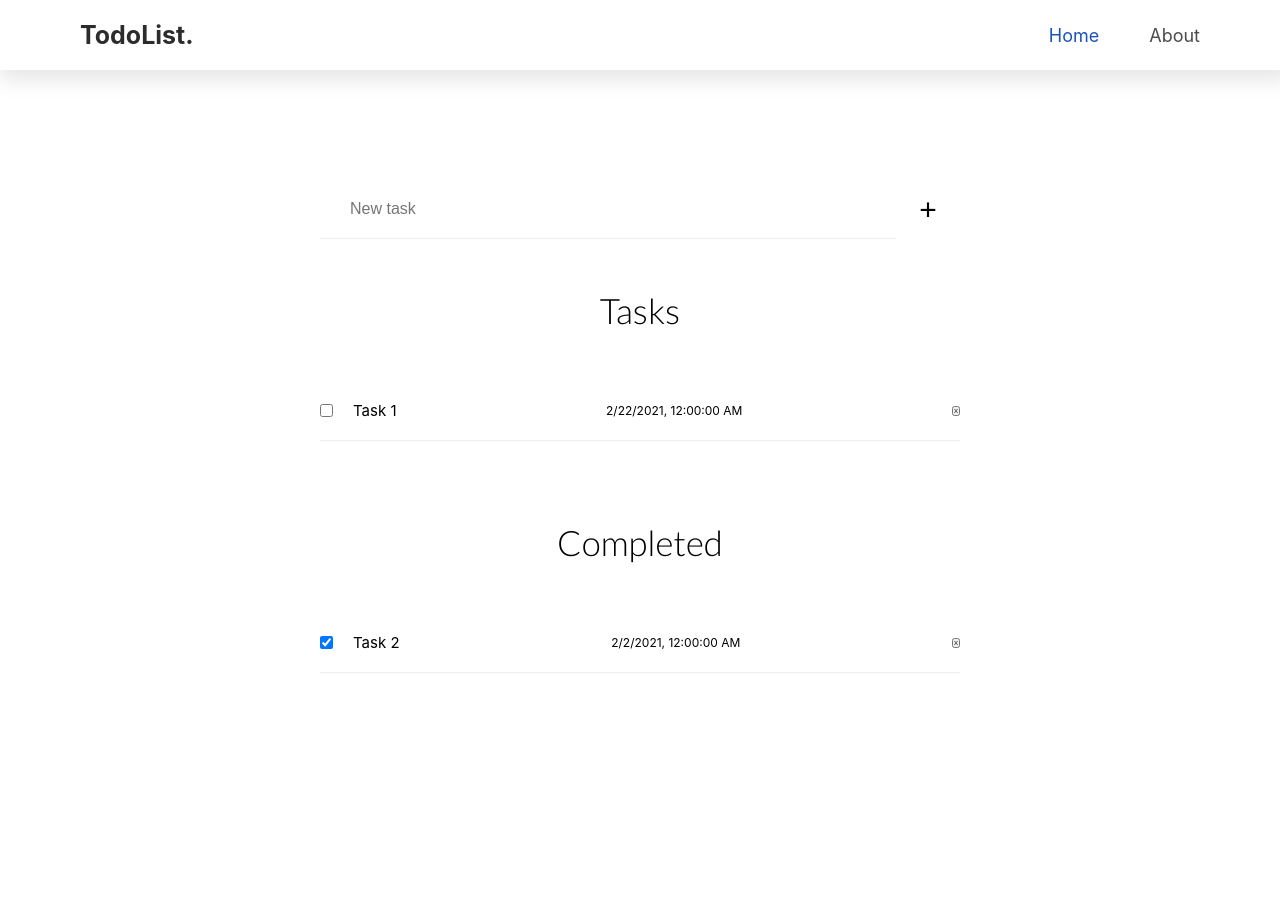
Repository: dqhuy153/react-todoList
Page: /
These files come from the project's save history. The page is drawn as it stood at one moment and after the next save; the edit follows.
The browser window is 1280 px wide. The pictures show the whole page.
The project was rebuilt for these pictures with package versions that can differ from the ones it lists, and the page was loaded fresh each time. Also part of the build but not shown: src/components/UI/LoadingSpinner.module.scss.

Above is the page before, as saved 2021-09-16 22:12:08.

### src/App.js
import React, { Suspense } from 'react';
import { Switch, Route } from 'react-router-dom';

import './App.css';
import Layout from './components/layout/Layout';
import LoadingSpinner from './components/UI/LoadingSpinner';

const Home = React.lazy(() => import('./components/pages/Home'));
const About = React.lazy(() => import('./components/pages/About'));

function App() {
  return (
    <Layout>
      <Suspense
        fallback={
          <div className="centered">
            <LoadingSpinner />
          </div>
        }
      >
        <Switch>
          <Route path="/" exact>
            <Home />
          </Route>
          <Route path="/about">
            <About />
          </Route>
          {/* <Route path="/products" exact>
          <Products />
        </Route>
        <Route path="/products/:productId">
          <ProductDetail />
        </Route> */}
        </Switch>
      </Suspense>
    </Layout>
  );
}

export default App;

### src/App.css
@import url('https://fonts.googleapis.com/css2?family=Lato:ital,wght@0,100;0,300;0,400;0,700;0,900;1,100;1,300;1,400;1,700;1,900&display=swap');

* {
  box-sizing: border-box;
  font-size: 62.5%;
  padding: 0;
  margin: 0;
}

.centered {
  margin: 3rem auto;
  text-align: center;
  display: flex;
  justify-content: center;
  align-items: center;
}

### src/components/layout/Layout.js
import React, { Fragment } from 'react';
import AppNavigation from './AppNavigation';

import styles from './Layout.module.scss';

export default function Layout(props) {
  return (
    <Fragment>
      <AppNavigation logoTitle="TodoList." />
      <main className={styles.main}>{props.children}</main>
    </Fragment>
  );
}

### src/components/UI/LoadingSpinner.js
import styles from './LoadingSpinner.module.scss';

const LoadingSpinner = () => {
  return <div className={styles.spinner}></div>;
};

export default LoadingSpinner;

### src/components/pages/Home.js
import { useState } from 'react';
import TodoList from '../todos/TodoList';

import styles from './Home.module.scss';

const initTodoList = [
  {
    id: 1,
    title: 'Task 1',
    date: new Date('2/22/2021'),
    completed: false,
  },
  {
    id: 2,
    title: 'Task 2',
    date: new Date('2/2/2021'),
    completed: true,
  },
];

export default function Home(props) {
  const [todoList, setTodoList] = useState(initTodoList);
  const [newTask, setNewTask] = useState();

  const handleStatusChange = (id) => {
    let updatedTodoList = todoList.map((todo) => {
      if (todo.id === id) {
        todo.completed = !todo.completed;
      }
      return todo;
    });

    setTodoList(updatedTodoList);
  };

  const handleNewTaskChange = (e) => {
    setNewTask(e.target.value);
  };

  const handleAddNew = () => {
    setTodoList((prev) => [
      ...prev,
      {
        id: Math.random(),
        title: newTask,
        date: new Date(),
        completed: false,
      },
    ]);

    setNewTask('');
  };

  return (
    <div className={styles.container}>
      <div className={styles.add}>
        <input
          placeholder="New task"
          value={newTask}
          onChange={handleNewTaskChange}
        />
        <button onClick={handleAddNew}>+</button>
      </div>
      <h1>Tasks</h1>
      <TodoList
        items={todoList.filter((i) => i.completed === false)}
        onStatusChange={handleStatusChange}
      />
      <h1 className={styles['completed-title']}>Completed</h1>
      <TodoList
        items={todoList.filter((i) => i.completed === true)}
        onStatusChange={handleStatusChange}
      />
    </div>
  );
}

### src/components/layout/AppNavigation.js
import React from 'react';
import { NavLink } from 'react-router-dom';

import styles from './AppNavigation.module.scss';

export default function AppNavigation({ logoTitle = 'Demo.', ...props }) {
  return (
    <header className={styles.header}>
      <div className={styles.logo}>{logoTitle}</div>
      <nav>
        <ul>
          <li>
            <NavLink to="/" exact activeClassName={styles.active}>
              Home
            </NavLink>
          </li>
          <li>
            <NavLink to="/about" activeClassName={styles.active}>
              About
            </NavLink>
          </li>
        </ul>
      </nav>
    </header>
  );
}

### src/components/todos/TodoList.js
import React from 'react';
import TodoItem from './TodoItem';

import styles from './TodoList.module.scss';

export default function TodoList({ items, onStatusChange, ...props }) {
  return (
    <ul className={styles.container}>
      {items.map((item) => (
        <li key={item.id}>
          <TodoItem
            id={item.id}
            title={item.title}
            date={item.date}
            completed={item.completed}
            onStatusChange={onStatusChange}
          />
        </li>
      ))}
    </ul>
  );
}

### src/components/pages/Home.module.scss
.container {
  padding: 18rem 0;

  h1 {
    text-align: center;
    font-family: 'Lato', sans-serif;
    font-weight: 300;
    font-size: 3.5rem;
  }

  .completed-title {
    margin-top: 8rem;
  }

  .add {
    text-align: center;
    margin-bottom: 5rem;
    display: flex;
    align-items: center;
    justify-content: center;

    input {
      border: none;
      border-bottom: 1px solid #eee;
      font-size: 1.6rem;
      width: 45%;
      padding: 2rem 3rem;
      outline: none;
    }

    button {
      width: 5%;
      background: none;
      border: none;
      font-size: 3rem;
      font-weight: 100;
      cursor: pointer;
    }
  }
}

### src/components/layout/AppNavigation.module.scss
.header {
  width: 100%;
  height: 7rem;
  display: flex;
  align-items: center;
  justify-content: space-between;
  background-color: #ffffff;
  padding: 0 8rem;
  box-shadow: 5px 5px 20px 5px rgba(0, 0, 0, 0.1);
  position: fixed;
}

.logo {
  font-size: 2.5rem;
  color: rgb(44, 44, 44);
  font-weight: bold;
}

.header ul {
  list-style: none;
  margin: 0;
  padding: 0;
  display: flex;
  align-items: baseline;
}

.header li {
  margin-left: 5rem;
}

.header a {
  text-decoration: none;
  font-size: 1.8rem;
  color: #4b4b4b;
}

.header a:hover,
.header a:active,
.header a.active {
  color: rgb(28, 83, 184);
}

### src/components/todos/TodoItem.js
import styles from './TodoItem.module.scss';

export default function TodoItem({
  id,
  title,
  date,
  completed,
  onStatusChange,
  ...props
}) {
  return (
    <div className={styles.container}>
      <div className={styles.task}>
        <input
          type="checkbox"
          checked={completed}
          onChange={() => onStatusChange(id)}
        />
        <p>{title}</p>
      </div>
      <p className={styles.date}>{date.toLocaleString()}</p>
      <button>X</button>
    </div>
  );
}

### src/components/todos/TodoList.module.scss
.container {
  text-align: center;
  width: 50%;
  margin: 5rem auto;
  list-style: none;
}

### src/components/todos/TodoItem.module.scss
.container {
  display: flex;
  align-items: center;
  justify-content: space-between;
  padding: 2rem 0;
  border-bottom: 1px solid #eee;
}

.task {
  display: flex;
  align-items: center;

  p {
    padding-left: 2rem;
    font-size: 1.5rem;
  }
}

.date {
  font-size: 1.2rem;
}

Loaded but not shown: public/index.html (common file); src/index.js (common file); src/index.css (common file); src/reportWebVitals.js (common file); src/components/layout/Layout.module.scss (no stored copy; drawn as an empty file)

After the next save:
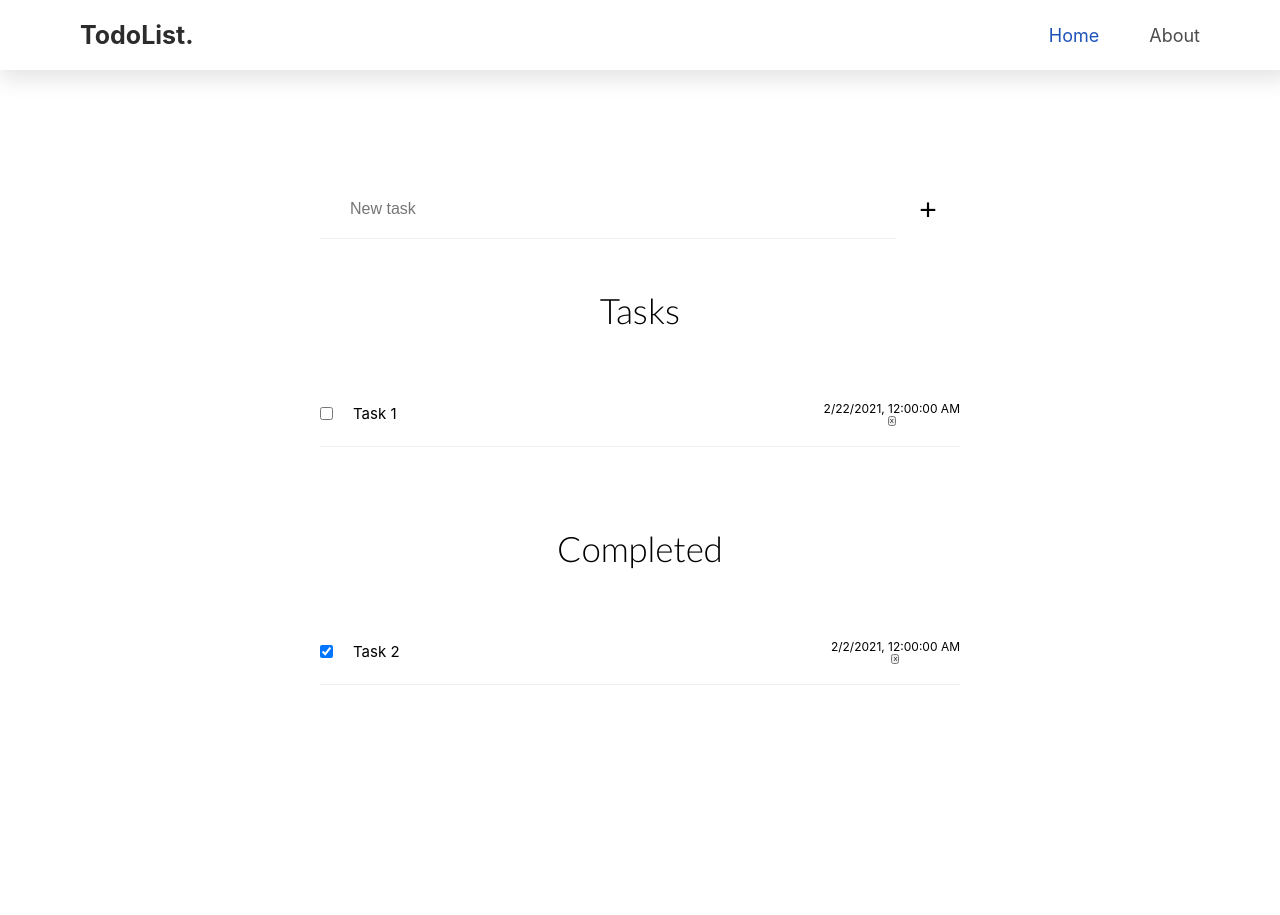
Saved 48 s later.
--- a/src/components/todos/TodoItem.js
+++ b/src/components/todos/TodoItem.js
@@ -18,8 +18,10 @@ export default function TodoItem({
         />
         <p>{title}</p>
       </div>
-      <p className={styles.date}>{date.toLocaleString()}</p>
-      <button>X</button>
+      <div>
+        <p className={styles.date}>{date.toLocaleString()}</p>
+        <button>X</button>
+      </div>
     </div>
   );
 }
